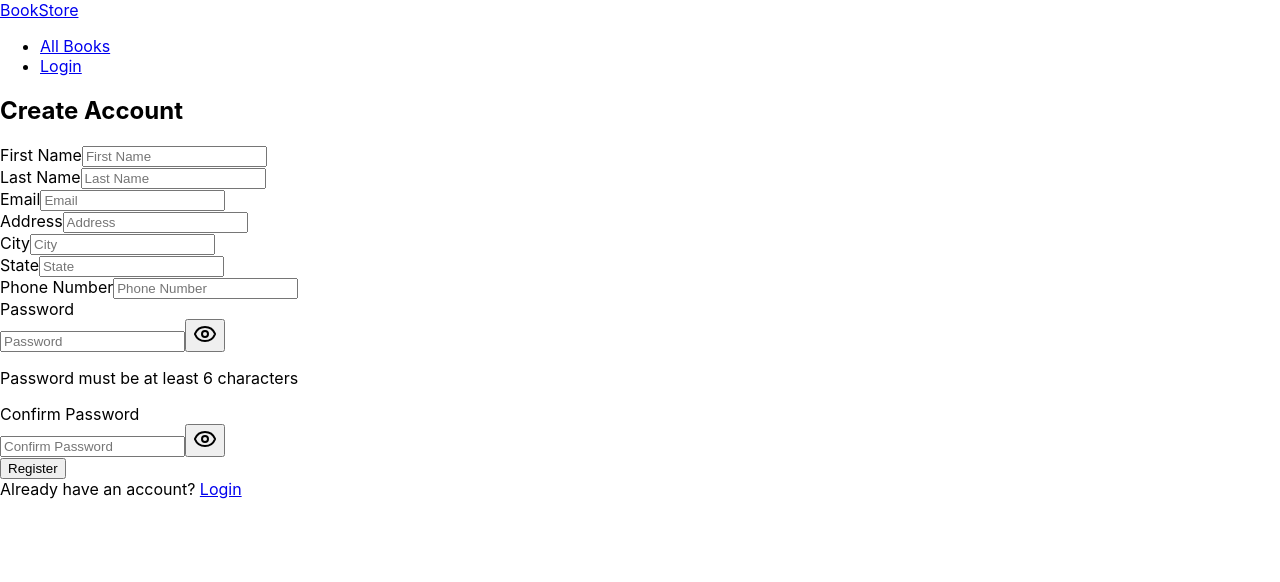
Repository: DiwasGurung/C-PokheraliDevelopers
Page: /register (app in pokherali-developers/)
These files come from the project's save history. The page is drawn as it stood at one moment and after the next save; the edit follows.
The browser window is 1280 px wide. The pictures show the whole page.
The project was rebuilt for these pictures with package versions that can differ from the ones it lists, and the page was loaded fresh each time. Also part of the build but not shown: pokherali-developers/src/components/Cart.js, pokherali-developers/src/components/MemberDashboard.js, pokherali-developers/src/components/AddBook.js, pokherali-developers/src/components/AdminDashboard.js, pokherali-developers/src/components/Filter.js, pokherali-developers/src/components/BookCatalog.js, pokherali-developers/src/pages/HomePage.js, pokherali-developers/src/components/Login.js and 3 more.

Above is the page before, as saved 2025-05-13 17:40:36.

After the next save:
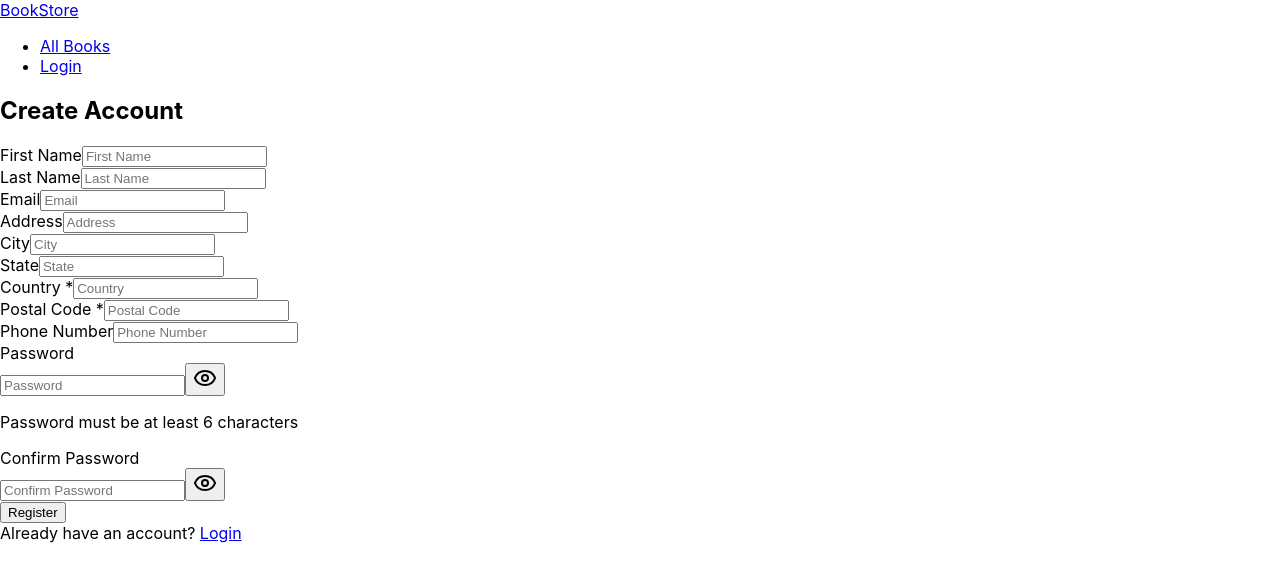
Saved 2 min 6 s later.
--- a/pokherali-developers/src/components/Register.js
+++ b/pokherali-developers/src/components/Register.js
@@ -17,6 +17,8 @@ const Register = () => {
     address: "", // Added missing fields from the backend DTO
     city: "",
     state: "",
+    country: "", // Added required country field
+    postalCode: "", // Added required postal code field
     phoneNumber: ""
   })
   const [error, setError] = useState("")
@@ -46,7 +48,8 @@ const Register = () => {
 
     // Create a copy of formData without confirmPassword for the API request
     const registerData = { ...formData }
-    delete registerData.confirmPassword
+    // Do NOT remove confirmPassword as it's required by the backend
+    // The backend will validate that confirmPassword matches password
 
     setLoading(true)
     try {
@@ -194,6 +197,40 @@ const Register = () => {
           </div>
         </div>
 
+        <div className="grid grid-cols-2 gap-4 mb-4">
+          <div>
+            <label className="block text-gray-700 text-sm font-bold mb-2" htmlFor="country">
+              Country <span className="text-red-500">*</span>
+            </label>
+            <input
+              className="shadow appearance-none border rounded w-full py-2 px-3 text-gray-700 leading-tight focus:outline-none focus:shadow-outline"
+              id="country"
+              type="text"
+              name="country"
+              placeholder="Country"
+              value={formData.country}
+              onChange={handleChange}
+              required
+            />
+          </div>
+
+          <div>
+            <label className="block text-gray-700 text-sm font-bold mb-2" htmlFor="postalCode">
+              Postal Code <span className="text-red-500">*</span>
+            </label>
+            <input
+              className="shadow appearance-none border rounded w-full py-2 px-3 text-gray-700 leading-tight focus:outline-none focus:shadow-outline"
+              id="postalCode"
+              type="text"
+              name="postalCode"
+              placeholder="Postal Code"
+              value={formData.postalCode}
+              onChange={handleChange}
+              required
+            />
+          </div>
+        </div>
+
         <div className="mb-4">
           <label className="block text-gray-700 text-sm font-bold mb-2" htmlFor="phoneNumber">
             Phone Number
